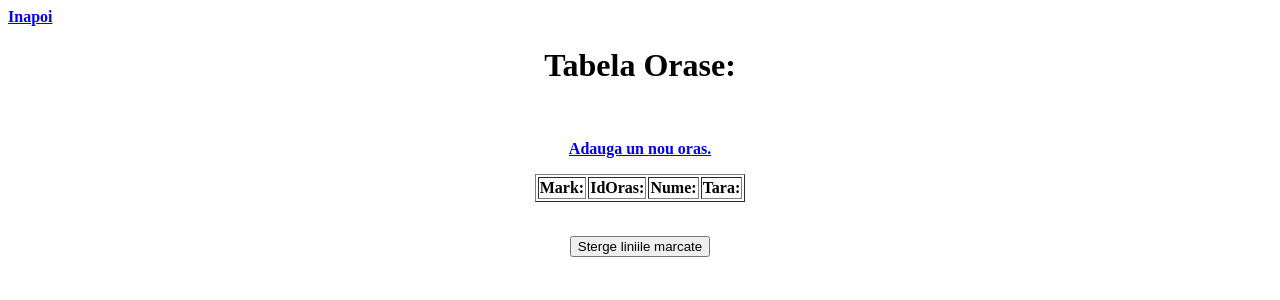
Repository: SusStefan/ActorDB
Page: http://localhost/Actori/tabela_orase.jsp
An editor plug-in stored every save of this project. The page is shown before and after the next save, followed by the edit.
The browser window is 1280 px wide. The pictures show the whole page.
The page is served by Tomcat 9. Queries for data that is not in the repository find no rows.

Above is the page before, as saved 2025-12-13 01:22:27.

### Actori/src/main/webapp/tabela_orase.jsp
<%@ page language="java" contentType="text/html; charset=UTF-8" pageEncoding="UTF-8"%>
<%@ page language="java" import="java.lang.*,java.math.*,db.*,java.sql.*, java.io.*, java.util.*"%>
<!DOCTYPE html PUBLIC "-//W3C//DTD HTML 4.01 Transitional//EN" "http://www.w3.org/TR/html4/loose.dtd">
<html>
 <head>
 <meta http-equiv="Content-Type" content="text/html; charset=UTF-8">
 <title>Tabela Orase</title>
 </head>
 <jsp:useBean id="jb" scope="session" class="db.JavaBean" />
 <jsp:setProperty name="jb" property="*" />
 <body>
  <a href="index.html"><b>Inapoi</b></a>
 <h1 align="center"> Tabela Orase:</h1>
 <br/>
 <p align="center"><a href="adauga_oras.jsp"><b>Adauga un nou oras.</b></a></p>
 <form action="sterge_orase.jsp" method="post">
 <table border="1" align="center">
 <tr>
 <td><b>Mark:</b></td>
 <td><b>IdOras:</b></td>
 <td><b>Nume:</b></td>
 <td><b>Tara:</b></td>
 </tr>
 <%
 jb.connect();
 ResultSet rs = jb.vedeTabela("orase");
 long x;
 while (rs.next()) {
 x = rs.getInt("idoras");
 %>
 <tr>
 <td><input type="checkbox" name="primarykey" value="<%= x%>" /></td><td><%= x%></td>
 <td><%= rs.getString("nume")%></td>
 <td><%= rs.getString("tara")%></td>
 <%
 }
 %>
 </tr>
 </table><br/>
 <p align="center">
 <input type="submit" value="Sterge liniile marcate">
 </p>
 </form>
 <%
 rs.close();
 jb.disconnect();
 %>
 <br/>
 <p align="center">
 <br/>
 </p>
 </body>
</html>

### Actori/src/main/java/db/JavaBean.java
/*
 * Curs3_Eclipse - Valentin Pupezescu
 */
package db;
import java.sql.*;
/**
 *
 * @author vali
 */
public class JavaBean {
	String error;
	Connection con;
	public JavaBean() {
	}
	public void connect() throws ClassNotFoundException, SQLException, Exception {
		try {
			Class.forName("com.mysql.cj.jdbc.Driver");
			con = DriverManager.getConnection("jdbc:mysql://localhost:3306/actori?useSSL=false", "root", "2005");
		} catch (ClassNotFoundException cnfe) {
			error = "ClassNotFoundException: Nu s-a gasit driverul bazei de date.";
			throw new ClassNotFoundException(error);
		} catch (SQLException cnfe) {
			error = "SQLException: Nu se poate conecta la baza de date.";
			throw new SQLException(error);
		} catch (Exception e) {
			error = "Exception: A aparut o exceptie neprevazuta in timp ce se stabilea legatura la baza de date.";
			throw new Exception(error);
		}
	} // connect()
	public void disconnect() throws SQLException {
		try {
			if (con != null) {
				con.close();
			}
		} catch (SQLException sqle) {
			error = ("SQLException: Nu se poate inchide conexiunea la baza de date.");
			throw new SQLException(error);
		}
	} // disconnect()
	public void adaugaOras(String Nume, String Tara)
			throws SQLException, Exception {
		if (con != null) {
			try {
				// creaza un "prepared SQL statement"
				Statement stmt;
				stmt = con.createStatement();
				stmt.executeUpdate("insert into orase(nume,tara) values('" +Nume
		+ "' , '" + Tara + "');");
			} catch (SQLException sqle) {
				error = "ExceptieSQL: Reactualizare nereusita; este posibil sa existe duplicate.";
				throw new SQLException(error);
			}
		} else {
			error = "Exceptie: Conexiunea cu baza de date a fost pierduta.";
			throw new Exception(error);
		}
	} // end of adaugaPacient()

	public void adaugateatru(String Nume, String Descriere, String Adresa, long Oras)
			throws SQLException, Exception {
		if (con != null) {
			try {
				// creaza un "prepared SQL statement"
				Statement stmt;
				stmt = con.createStatement();
				stmt.executeUpdate("insert into teatre(nume,descriere,adresa,idoras) values('" + Nume +
						"' , '" + Descriere + "', '" + Adresa + "', '" + Oras + "');");
			} catch (SQLException sqle) {
				error = "ExceptieSQL: Reactualizare nereusita; este posibil sa existe duplicate.";
				throw new SQLException(error);
			}
		} else {
			error = "Exceptie: Conexiunea cu baza de date a fost pierduta.";
			throw new Exception(error);
		}
	} // end of adaugaMedic()

			public void adaugaactori(String Nume, String Prenume, String Rol, String Piesa, long Teatre)
					throws SQLException, Exception {
				if (con != null) {
					try {
						// creaza un "prepared SQL statement"
						Statement stmt;
						stmt = con.createStatement();
						stmt.executeUpdate("insert into actori(nume,prenume,rol,piesa,idteatru) values('" + Nume +
								"' , '" + Prenume + "', '" + Rol + "', '" + Piesa + "', '" + Teatre
								+ "');");
					} catch (SQLException sqle) {
						error = "ExceptieSQL: Reactualizare nereusita; este posibil sa existe duplicate.";
						throw new SQLException(error);
					}
				} else {
					error = "Exceptie: Conexiunea cu baza de date a fost pierduta.";
					throw new Exception(error);
				}
			} // end of adaugaMedic()

	public ResultSet vedeOrase() throws SQLException, Exception {
	    ResultSet rs = null;
	    try {
	        // Simple query to select the ID and Name of all cities
	        String queryString = "SELECT idoras, nume FROM orase ORDER BY nume";
	        Statement stmt = con.createStatement();
	        rs = stmt.executeQuery(queryString);
	    } catch (SQLException sqle) {
	        error = "SQLException: Interogarea oraselor nu a fost posibila.";
	        throw new SQLException(error);
	    } catch (Exception e) {
	        error = "A aparut o exceptie in timp ce se extrageau orasele.";
	        throw new Exception(error);
	    }
	    return rs;
	}

	public ResultSet vedeTabela(String tabel) throws SQLException, Exception {
		ResultSet rs = null;
		try {
			String queryString = ("select * from `actori`.`" + tabel + "`;");
			Statement stmt = con.createStatement(/*ResultSet.TYPE_SCROLL_INSENSITIVE,
ResultSet.CONCUR_READ_ONLY*/);
			rs = stmt.executeQuery(queryString);
		} catch (SQLException sqle) {
			error = "SQLException: Interogarea nu a fost posibila.";
			throw new SQLException(error);
		} catch (Exception e) {
			error = "A aparut o exceptie in timp ce se extrageau datele.";
			throw new Exception(error);
		}
		return rs;
	} // vedeTabela()
	public ResultSet vedeTeatre() throws SQLException, Exception {
		ResultSet rs = null;
		try {
			String queryString = ("select t.idteatru as idteatru"
					+ ",t.nume as nume,"
					+ "t.descriere as descriere,"
					+ "t.adresa as adresa,o.nume as oras,o.tara as tara from teatre t inner join orase o using(idoras)");
		    Statement stmt = con.createStatement(/*ResultSet.TYPE_SCROLL_INSENSITIVE,
ResultSet.CONCUR_READ_ONLY*/);
			rs = stmt.executeQuery(queryString);
		} catch (SQLException sqle) {
			error = "SQLException: Interogarea nu a fost posibila.";
			throw new SQLException(error);
		} catch (Exception e) {
			error = "A aparut o exceptie in timp ce se extrageau datele.";
			throw new Exception(error);
		}
		return rs;
	} // vedeConsultatie()

	public ResultSet vedeActori() throws SQLException, Exception {
		ResultSet rs = null;
		try {
			String queryString = ("SELECT a.idactor AS idactor, " +
			           "a.nume AS nume, " +
			           "a.prenume AS prenume, " +
			           "a.rol AS rol, " +
			           "a.piesa AS piesa, " +
			           "t.nume AS teatru, " +
			           "t.adresa AS adresa, " +
			           "o.nume AS oras, " +
			           "o.tara AS tara " +
			    "FROM actori a, teatre t, orase o " +
			    "WHERE a.idteatru = t.idteatru AND t.idoras = o.idoras" // Correct join conditions
			);
		    Statement stmt = con.createStatement(/*ResultSet.TYPE_SCROLL_INSENSITIVE,
ResultSet.CONCUR_READ_ONLY*/);
			rs = stmt.executeQuery(queryString);
		} catch (SQLException sqle) {
			error = "SQLException: Interogarea nu a fost posibila.";
			throw new SQLException(error);
		} catch (Exception e) {
			error = "A aparut o exceptie in timp ce se extrageau datele.";
			throw new Exception(error);
		}
		return rs;
	} // vedeConsultatie()

	public void stergeDateTabela(String[] primaryKeys, String tabela, String dupaID) throws
	SQLException, Exception {
		if (con != null) {
			try {
				// creaza un "prepared SQL statement"
				long aux;
				PreparedStatement delete;
				delete = con.prepareStatement("DELETE FROM " + tabela + " WHERE " + dupaID + "=?;");
				for (int i = 0; i < primaryKeys.length; i++) {
					aux = java.lang.Long.parseLong(primaryKeys[i]);
					delete.setLong(1, aux);
					delete.execute();
				}
			} catch (SQLException sqle) {
				error = "ExceptieSQL: Reactualizare nereusita; este posibil sa existe duplicate.";
				throw new SQLException(error);
			} catch (Exception e) {
				error = "A aparut o exceptie in timp ce erau sterse inregistrarile.";
				throw new Exception(error);
			}
		} else {
			error = "Exceptie: Conexiunea cu baza de date a fost pierduta.";
			throw new Exception(error);
		}
	} // end of stergeDateTabela()
	public void stergeTabela(String tabela) throws SQLException, Exception {
		if (con != null) {
			try {
				// creaza un "prepared SQL statement"
				Statement stmt;
				stmt = con.createStatement();
				stmt.executeUpdate("delete from " + tabela + ";");
			} catch (SQLException sqle) {
				error = "ExceptieSQL: Stergere nereusita; este posibil sa existe duplicate.";
				throw new SQLException(error);
			}
		} else {
			error = "Exceptie: Conexiunea cu baza de date a fost pierduta.";
			throw new Exception(error);
		}
	} // end of stergeTabela()
	public void modificaTabela(String tabela, String IDTabela, int ID, String[] campuri, String[]
			valori) throws SQLException, Exception {
		String update = "update " + tabela + " set ";
		String temp = "";
		if (con != null) {
			try {
				for (int i = 0; i < campuri.length; i++) {
					if (i != (campuri.length - 1)) {
						temp = temp + campuri[i] + "='" + valori[i] + "', ";
					} else {
						temp = temp + campuri[i] + "='" + valori[i] + "' where " + IDTabela + "= '" + ID + "';";
					}
				}
				update = update + temp;
				// creaza un "prepared SQL statement"
				Statement stmt;
				stmt = con.createStatement();
				stmt.executeUpdate(update);
			} catch (SQLException sqle) {
				error = "ExceptieSQL: Reactualizare nereusita; este posibil sa existe duplicate.";
				throw new SQLException(error);
			}
		} else {
			error = "Exceptie: Conexiunea cu baza de date a fost pierduta.";
			throw new Exception(error);
		}
	} // end of modificaTabela()
	public ResultSet intoarceLinie(String tabela, int ID) throws SQLException, Exception {
		ResultSet rs = null;
		try {
			// Executa interogarea
			String queryString = ("SELECT * FROM " + tabela + " where idpacient=" + ID + ";");
			Statement stmt = con.createStatement(ResultSet.TYPE_SCROLL_INSENSITIVE,
					ResultSet.CONCUR_READ_ONLY);
			rs = stmt.executeQuery(queryString); //sql exception
		} catch (SQLException sqle) {
			error = "SQLException: Interogarea nu a fost posibila.";
			throw new SQLException(error);
		} catch (Exception e) {
			error = "A aparut o exceptie in timp ce se extrageau datele.";
			throw new Exception(error);
		}
		return rs;
	} // end of intoarceLinie()
	public ResultSet intoarceLinieDupaId(String tabela, String denumireId, int ID) throws
	SQLException, Exception {
		ResultSet rs = null;
		try {
			// Executa interogarea
			String queryString = ("SELECT * FROM " + tabela + " where " + denumireId + "=" + ID
					+ ";");
			Statement stmt = con.createStatement(ResultSet.TYPE_SCROLL_INSENSITIVE,
					ResultSet.CONCUR_READ_ONLY);
			rs = stmt.executeQuery(queryString); //sql exception
		} catch (SQLException sqle) {
			error = "SQLException: Interogarea nu a fost posibila.";
			throw new SQLException(error);
		} catch (Exception e) {
			error = "A aparut o exceptie in timp ce se extrageau datele.";
			throw new Exception(error);
		}
		return rs;
	} // end of intoarceLinieDupaId()
	public ResultSet intoarceConsultatieId(int ID) throws SQLException, Exception {
		ResultSet rs = null;
		try {
			// Executa interogarea
			String queryString = ("SELECT a.Nume NumePacient, a.Prenume PrenumePacient, a.Adresa,b.Nume NumeMedic, b.Prenume PrenumeMedic, b.Sectie, c.idconsultatie, c.idmedic idmedic_consult,c.idpacient idpacient_consult, dataconsultatie, diagnostic, medicament FROM pacienti a, medici b,consultatie c WHERE a.idpacient = c.idpacient AND b.idmedic = c.idmedic and idconsultatie = '" +ID + "';");
			Statement stmt = con.createStatement(ResultSet.TYPE_SCROLL_INSENSITIVE,
					ResultSet.CONCUR_READ_ONLY);
			rs = stmt.executeQuery(queryString); //sql exception
		} catch (SQLException sqle) {
			error = "SQLException: Interogarea nu a fost posibila.";
			throw new SQLException(error);
		} catch (Exception e) {
			error = "A aparut o exceptie in timp ce se extrageau datele.";
			throw new Exception(error);
		}
		return rs;
	} // end of intoarceLinieDupaId()
}

After the next save:
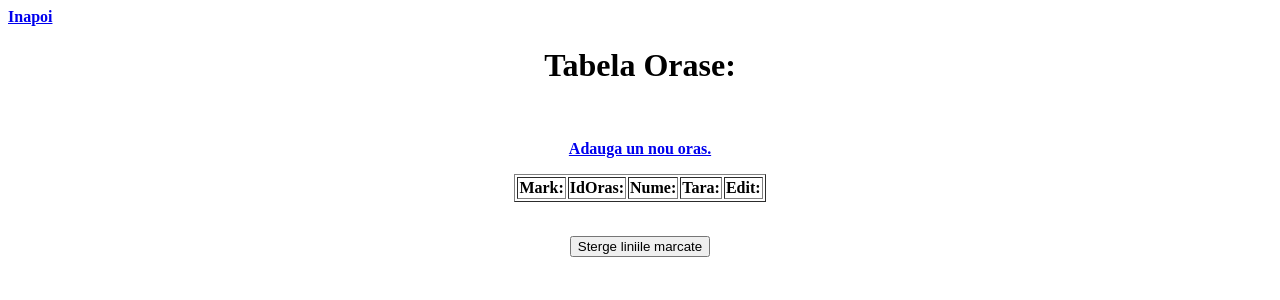
Saved 2 days later.
--- a/Actori/src/main/webapp/tabela_orase.jsp
+++ b/Actori/src/main/webapp/tabela_orase.jsp
@@ -20,6 +20,7 @@
  <td><b>IdOras:</b></td>
  <td><b>Nume:</b></td>
  <td><b>Tara:</b></td>
+ <td><b>Edit:</b></td>
  </tr>
  <%
  jb.connect();
